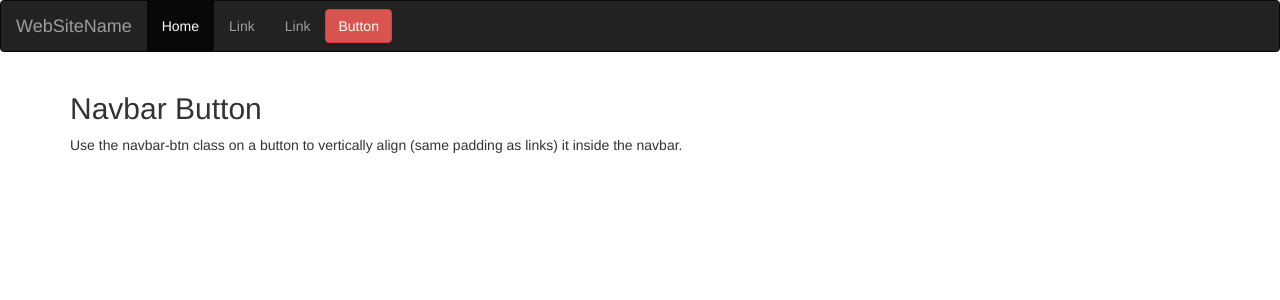
Repository: AvantiKopulwar/Task-Workspace
Page: http://localhost/AdminStudentLogin/homePage.jsp
The author's editor kept a copy of each file at every save. The page is drawn from the files as they stood at one save, then again after the next save.
The browser window is 1280 px wide. The pictures show the whole page.
The page is served by Tomcat 9. Nobody is signed in. The application's start-up code is not run.

Above is the page before, as saved 2018-10-01 13:35:19.

After the next save:
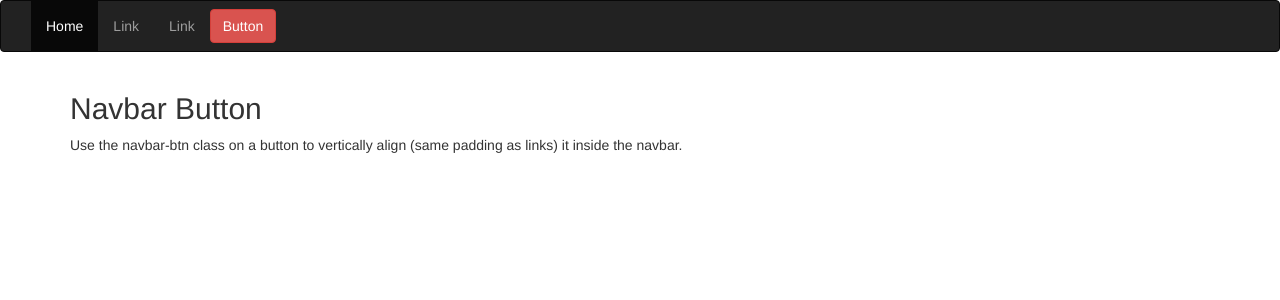
Saved 29 s later.
--- a/AdminStudentLogin/WebContent/homePage.jsp
+++ b/AdminStudentLogin/WebContent/homePage.jsp
@@ -15,7 +15,7 @@
 <nav class="navbar navbar-inverse">
   <div class="container-fluid">
     <div class="navbar-header">
-      <a class="navbar-brand" href="#">WebSiteName</a>
+      <a class="navbar-brand" href="#"></a>
     </div>
     <ul class="nav navbar-nav">
       <li class="active"><a href="#">Home</a></li>
